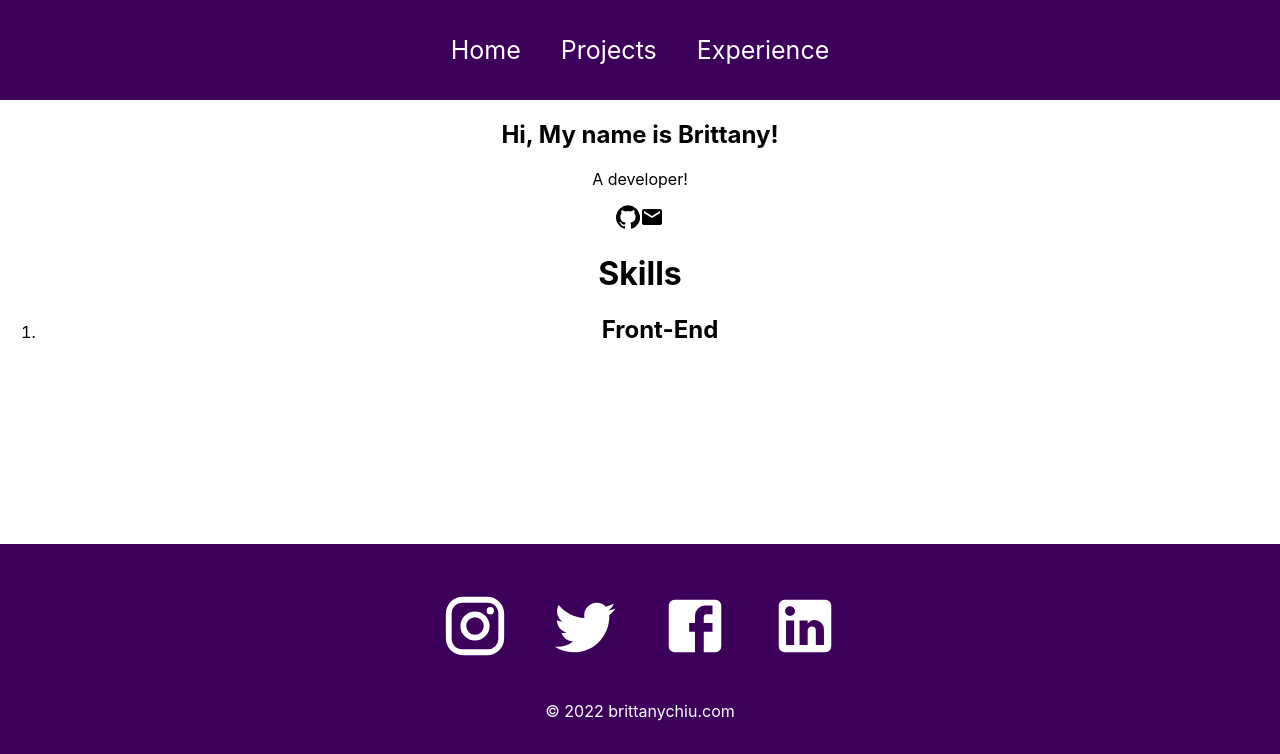
Repository: chiubacca94/chiufolio
Page: /
The author's editor kept a copy of each file at every save. The page is drawn from the files as they stood at one save, then again after the next save.
The browser window is 1280 px wide. The pictures show the whole page.
The project was rebuilt for these pictures with package versions that can differ from the ones it lists, and the page was loaded fresh each time. Also part of the build but not shown: src/components/Projects/Projects.js, src/components/Experiences/Experiences.js.

Above is the page before, as saved 2022-07-03 23:09:14.

After the next save:
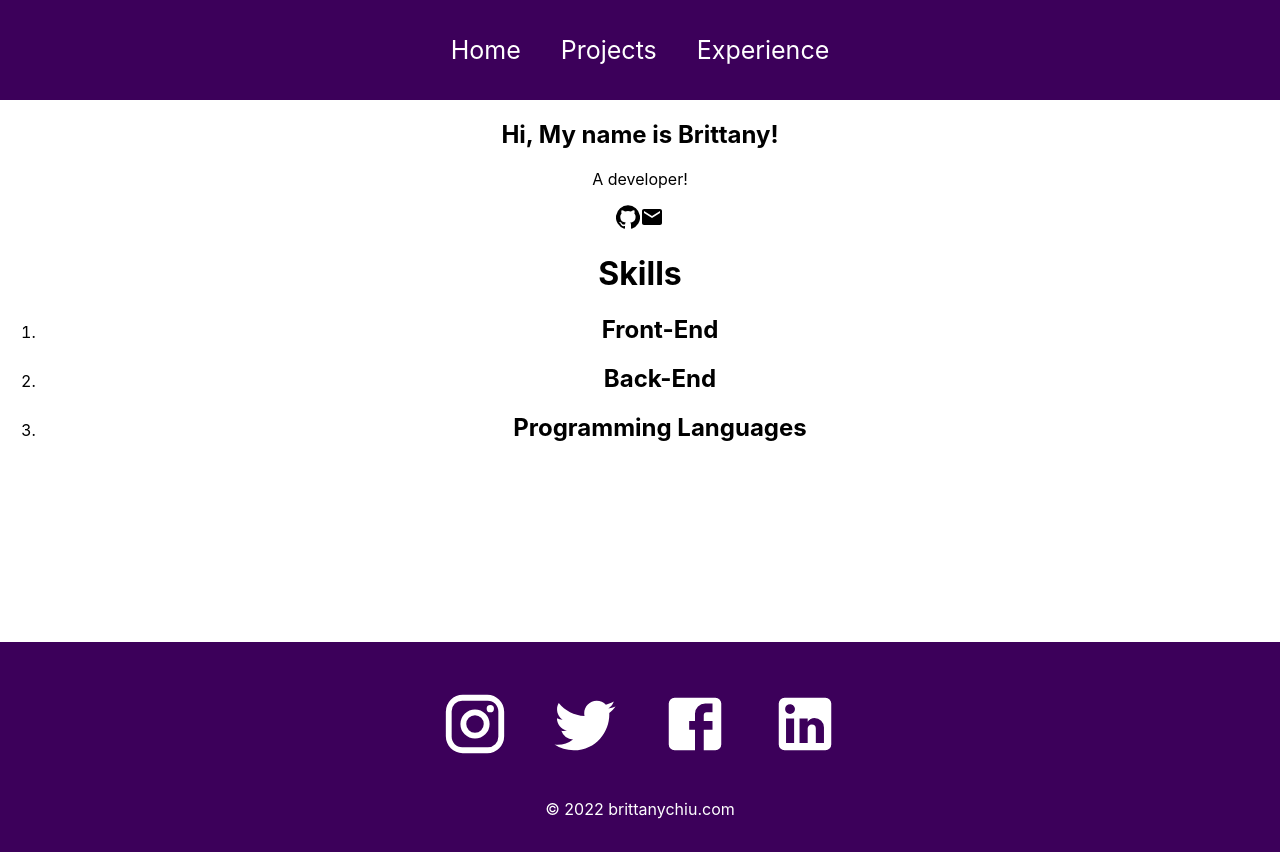
Saved 57 s later.
--- a/src/components/Home/Home.js
+++ b/src/components/Home/Home.js
@@ -18,6 +18,14 @@ export default function Home() {
                     <h2>Front-End</h2>
                     <span></span>
                 </li>
+                <li className='item'>
+                    <h2>Back-End</h2>
+                    <span></span>
+                </li>
+                <li className='item'>
+                    <h2>Programming Languages</h2>
+                    <span></span>
+                </li>
             </ol>
         </div>
     </div>
